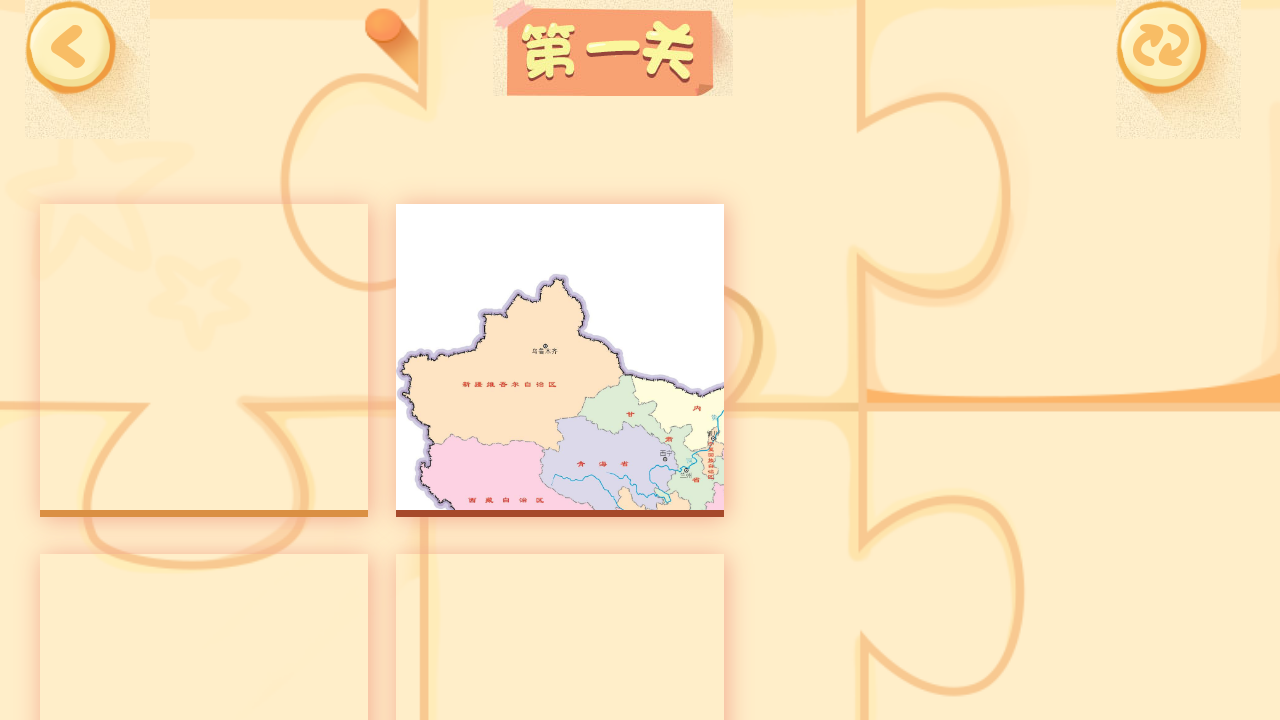
Repository: RedrockTeam/China-map-puzzle
Page: /#/choose/first
An editor plug-in stored every save of this project. The page is shown before and after the next save, followed by the edit.
The browser window is 1280 px wide. The pictures show the whole page.
Some web fonts or font styles are not loaded; a fallback is used. The project was rebuilt for these pictures with package versions that can differ from the ones it lists, and the page was loaded fresh each time. Also part of the build but not shown: vue.config.js, src/network/request.js, src/views/home.vue, src/views/choose.vue, src/views/pass.vue, src/components/dialog.vue. Imported but missing from the stored project, and not drawn on this page: src/views/rankList1, src/views/rankList2, src/views/rankList3, src/views/rankList4.

Above is the page before, as saved 2019-09-24 19:29:50.

### public/index.html
<!DOCTYPE html>
<html lang="en">

<head>
  <meta charset="utf-8">
  <meta http-equiv="X-UA-Compatible" content="IE=edge">
  <meta name="viewport" content="width=device-width,initial-scale=1.0">
  <link rel="icon" href="<%= BASE_URL %>favicon.ico">
  <title>puzzle-game</title>
</head>

<body>
  <noscript>
    <strong>We're sorry but my doesn't work properly without JavaScript enabled. Please enable it to continue.</strong>
  </noscript>
  <div id="app"></div>
  <!-- built files will be auto injected -->


 </body>
</html>

### src/main.js
import Vue from 'vue'
import App from './App.vue'
import router from './router'
import store from './store'
// import ApiService from './common/service/api'

import './assets/styles/common.css'
import './assets/font/font.css'

// Vue.config.productionTip = false

// ApiService.init()

new Vue({
  router,
  store,
  render: h => h(App)
}).$mount('#app')

### src/App.vue
<template>
  <div>
    <router-view></router-view>
  </div>
</template>

<script>
export default {
  name: 'App',
  data() {
    return {};
  }
};
</script>
<style>
</style>

### src/router/index.js
import Vue from 'vue'
import Router from 'vue-router'
import Home from '../views/home.vue'
import Choose from '../views/choose.vue'
import Result from '../views/result.vue'
import Pass from '../views/pass.vue'
import Button from '../components/dialog.vue'
import First from '../views/first.vue'


Vue.use(Router)

export default new Router({
  routes: [{
    path: '/',
    redirect: '/home'
  },
  {
    path: '/home',
    name: 'home',
    component: Home,
  },
  {
    path: '/pass',
    name: 'pass',
    component: Pass,
  },
  {
    path: '/result',
    name: 'result',
    component: Result,
  },
  {
    path: '/button',
    name: 'button',
    component: Button,
  },
  {
    path: '/choose',
    name: 'choose',
    component: First,
    children: [{
      path: 'first',
      name: 'first',
      component: () => import('../views/first.vue'),
      children: [{
        path: 'rank',
        name: 'rankList1',
        component: () => import('../views/rankList1')
      }

      ]
    },
    {
      path: 'second',
      name: 'second',
      component: () => import('../views/second.vue'),
      children: [{
        path: 'rank',
        name: 'rankList2',
        component: () => import('../views/rankList2')
      }

      ]
    },
    {
      path: 'third',
      name: 'third',
      component: () => import('../views/third.vue'),
      children: [{
        path: 'rank',
        name: 'rankList3',
        component: () => import('../views/rankList3')
      }

      ]
    },
    {
      path: 'forth',
      name: 'forth',
      component: () => import('../views/forth.vue'),
      children: [{
        path: 'rank',
        name: 'rankList4',
        component: () => import('../views/rankList4')
      }

      ]
    }
    ]

  }
  ]


})

### src/store/index.js
import Vue from 'vue'
import Vuex from 'vuex'
import {
  isContext
} from 'vm';

Vue.use(Vuex)

export default new Vuex.Store({
  state: {
    time: {
      minute: 0,
      second: 0,
      millisecond: 0,
      timecount: '00:00:00',
    },
  },
  mutations: {
    //开始
    start() {
      var that = this;
      //停止（暂停）
      clearInterval(time);
      //时间重置
      that.setData({
        minute: 0,
        second: 0,
        millisecond: 0,
      })
      time = setInterval(function () {
        that.timer()
      }, 50);
      time = () => {
        that.timer()
      }
    },
    //停止
    stop() {
      var that = this
      clearInterval(intt);
      that.setData({
        minute: 0,
        second: 0,
        millisecond: 0,
        timecount: '00:00:00',
      })
    },
    timer() {
      var that = this;
      console.log(that.data.millisecond)
      that.setData({
        millisecond: that.data.millisecond + 5
      })
      if (that.data.millisecond >= 100) {
        that.setData({
          millisecond: 0,
          second: that.data.second + 1
        })
      }
      if (that.data.second >= 60) {
        that.setData({
          second: 0,
          minute: that.data.minute + 1
        })
      }
      that.setData({
        timecount: that.data.minute + ":" + that.data.second + ":" + that.data.millisecond
      })
    },
  },
  actions: {
    // time = setInterval(function () {
    //   context.commit('time')
    // }, 50)
  }
})

### src/assets/styles/common.css
/* global */
* {
    margin: 0;
    padding: 0;
}

html {
    overflow-y: scroll;
    overflow-x: hidden;

}

html,
body {
    width: 100%;
}

a {
    text-decoration: none;
    text-align: center;
    cursor: pointer;
    color: black;
    outline: none;
}

a:hover {
    text-decoration: underline;
}

ul,
ol {
    list-style: none;
}

.clear {
    clear: both;
}

### src/assets/font/font.css
@font-face {
    font-family: "Tanuki";
    font-weight: normal;
    font-style: normal;
    src: url('./Tanuki.ttf') format('truetype');
}

@font-face {
    font-family: "Cotton";
    font-weight: normal;
    font-style: normal;
    src: url('./cotton.ttf') format('truetype');
}

### src/views/result.vue
<template>
  <div class="bg">
    <div class="head">
      <div class="back"></div>
      <div class="title"></div>
      <div class="front"></div>
    </div>

    <div class="contain">
      <div class="score">
        <div>
          <p>
            <span class="clock"></span>
            <span class="word">我的时间：</span>
          </p>
          <p>
            <i class="grade"></i>
            <span class="word">我的成绩：</span>
          </p>
        </div>
      </div>
      <div class="list">
        <p class="list_item first">
          <span class="icon"></span>
          <span class="nickname">这是我的昵称</span>
          <span class="time">10s</span>
        </p>
        <p class="list_item second">
          <span class="icon"></span>
          <span class="nickname">这是我的昵称</span>
          <span class="time">10s</span>
        </p>
        <p class="list_item third">
          <span class="icon"></span>
          <span class="nickname">这是我的昵称</span>
          <span class="time">10s</span>
        </p>
        <p class="list_item">
          <span class="normal">4</span>
          <span class="nickname">这是我的昵称</span>
          <span class="time">10s</span>
        </p>
        <p class="list_item">
          <span class="normal">4</span>
          <span class="nickname">这是我的昵称</span>
          <span class="time">10s</span>
        </p>
      </div>
    </div>
    <div class="line"></div>
  </div>
</template>

<style>
.bg {
  position: absolute;
  top: 0;
  left: 0;
  height: 100%;
  width: 100%;
  background: url("../assets/img/pass/background.png");
  background-size: cover;
}
.head {
  display: flex;
  margin-top: 60px;
  margin-left: 50px;
}

.back {
  background: url("../assets/img/ranking/back.png");
  width: 93px;
  height: 97px;
  background-size: cover;
  margin-right: 120px;
}
.title {
  background: url("../assets/img/ranking/ranking_title.png") no-repeat;
  width: 260px;
  height: 200px;
  background-size: 100%;
  margin-left: -40px;
}
.front {
  background: url("../assets/img/ranking/front.png");
  width: 93px;
  height: 97px;
  background-size: cover;
  margin-left: 80px;
}

.contain {
  width: 650px;
  height: 850px;
  background: #ffae72;
  margin: -15px auto 0;
}

.score {
  width: 617px;
  height: 206px;
  background: url("../assets/img/ranking/result.png");
  background-size: cover;
  padding-top: 40px;
}
.score div {
  margin-top: 20px;
  margin-left: 20px;
}

.word {
  letter-spacing: 5px;
}

.score p {
  color: #ffae72;
  font-weight: bold;
  font-size: 35px;
  padding-top: 20px;
  margin: 0 auto;
  width: 250px;
  margin-left: 50px;
  margin-top: 10px;
}

.clock,
.grade {
  width: 29px;
  height: 29px;
  display: inline-block;
  margin-right: 10px;
}
.clock {
  background: url("../assets/img/ranking/clock.png") no-repeat;
  background-size: cover;
}
.grade {
  background: url("../assets/img/ranking/list.png") no-repeat;
  background-size: cover;
}
.list {
  height: 520px;
  overflow: auto;
  margin-top: 20px;
}
::-webkit-scrollbar {
  display: none;
}
.list_item {
  background: url("../assets/img/ranking/box.png");
  width: 580px;
  height: 125px;
  background-size: cover;
  margin-left: 50px;
  display: flex;
}
.icon {
  display: inline-block;
  width: 81px;
  height: 82px;
  margin: 15px 35px;
}
.first .icon {
  background: url("../assets/img/ranking/first.png");
  background-size: cover;
}
.second .icon {
  background: url("../assets/img/ranking/second.png");
  background-size: cover;
}
.third .icon {
  background: url("../assets/img/ranking/third.png");
  background-size: cover;
}
.nickname {
  color: #ffae72;
  font-size: 35px;
  font-weight: bold;
  display: inline-block;
  margin-top: 30px;
  font-family: Tanuki;
}
.time,
.normal {
  margin-left: auto;
  margin-right: 80px;
  font-weight: bold;
  display: inline-block;
  margin-top: 20px;
  color: #ff7b5c;
  font-size: 50px;
}

.line {
  width: 570px;
  height: 36px;
  background: url("../assets/img/ranking/line.png");
  background-size: cover;
  margin-left: 100px;
  margin-top: -50px;
}
</style>

<script>
export default {};
</script>

### src/views/first.vue
<template>
  <div class="game">
    <div class="header">
      <div class="back_shadow">
        <div class="back" @click="toHome"></div>
      </div>
      <div class="title">
        <img src="../assets/img/game/one.png" />
      </div>
      <div class="refresh_shadow">
        <div class="refresh"></div>
      </div>
    </div>
    <div class="main">
      <div class="piece chosen first"></div>
      <div class="piece second"></div>
      <div class="piece third"></div>
      <div class="piece four"></div>
    </div>
    <div class="showpic_shadow">
      <div class="showpic" @click="showPic">长按可看3s原图</div>
    </div>
  </div>
</template>

<script>
// 因为图还没出来，先把first的内容写在这
export default {};
</script>
<style lang="scss" scoped>
.game {
  position: absolute;
  top: 0;
  left: 0;
  height: 100%;
  width: 100%;
  background: url("../assets/img/pass/background.png");
  background-size: cover;
  overflow: hidden;
  .header {
    width: 95%;
    height: 140px;
    margin: 0 auto 24px 25px;
    display: inline-flex;
    justify-content: space-between;
    .back_shadow {
      width: 125px;
      height: 139px;
      background-image: url("../assets/img/common/btn_sbg.jpg");
      background-repeat: no-repeat;
      background-position: 0% 0%;
      background-size: contain;
      .back {
        width: 92px;
        height: 95px;
        background-image: url("../assets/img/common/back.png");
        background-repeat: no-repeat;
        background-position: 0% 0%;
        background-size: contain;
      }
    }
    .title {
      width: 240px;
      height: 96px;
      background-image: url("../assets/img/game/title_bg.jpg");
      background-repeat: no-repeat;
      background-position: 0% 0%;
      background-size: contain;

      display: flex;
      justify-content: center;
      align-items: center;
      img {
        width: 54px;
        height: 17px;
      }
    }
    .refresh_shadow {
      width: 125px;
      height: 139px;
      background-image: url("../assets/img/common/btn_sbg.jpg");
      background-repeat: no-repeat;
      background-position: 0% 0%;
      background-size: contain;
      .refresh {
        width: 92px;
        height: 95px;
        background-image: url("../assets/img/common/refresh.png");
        background-repeat: no-repeat;
        background-position: 0% 0%;
        background-size: contain;
      }
    }
  }
  .main {
    width: 750px;
    height: 700px;

    padding: 26px;
    display: flex;
    flex-wrap: wrap;
    .piece {
      width: 328px;
      height: 306px;
      box-shadow: 2px 2px 24px #f3a98f;
      margin: 14px 14px 0 14px;
      border-bottom: 7px solid #a6492b;
    }

    .second {
      background-position-x: 328px;
      background: url("../assets/img/button/map.jpg");
      background-size: 200%;
    }
    .chosen {
      border-bottom: 7px solid #da8f43;
    }
  }
  .showpic_shadow {
    width: 560px;
    height: 173px;
    margin: 60px auto auto 154px;
    background-image: url("../assets/img/game/showpic_sbg.jpg");
    background-repeat: no-repeat;
    background-position: 0% 0%;
    background-size: contain;

    .showpic {
      width: 458px;
      height: 107px;
      background-image: url("../assets/img/game/showpic_bg.png");
      background-repeat: no-repeat;
      background-position: 0% 0%;
      background-size: contain;
      text-align: center;
      line-height: 107px;
      font-family: "Cotton";
      font-size: 50px;
      color: #fffcad;
    }
  }
}
</style>

After the next save:
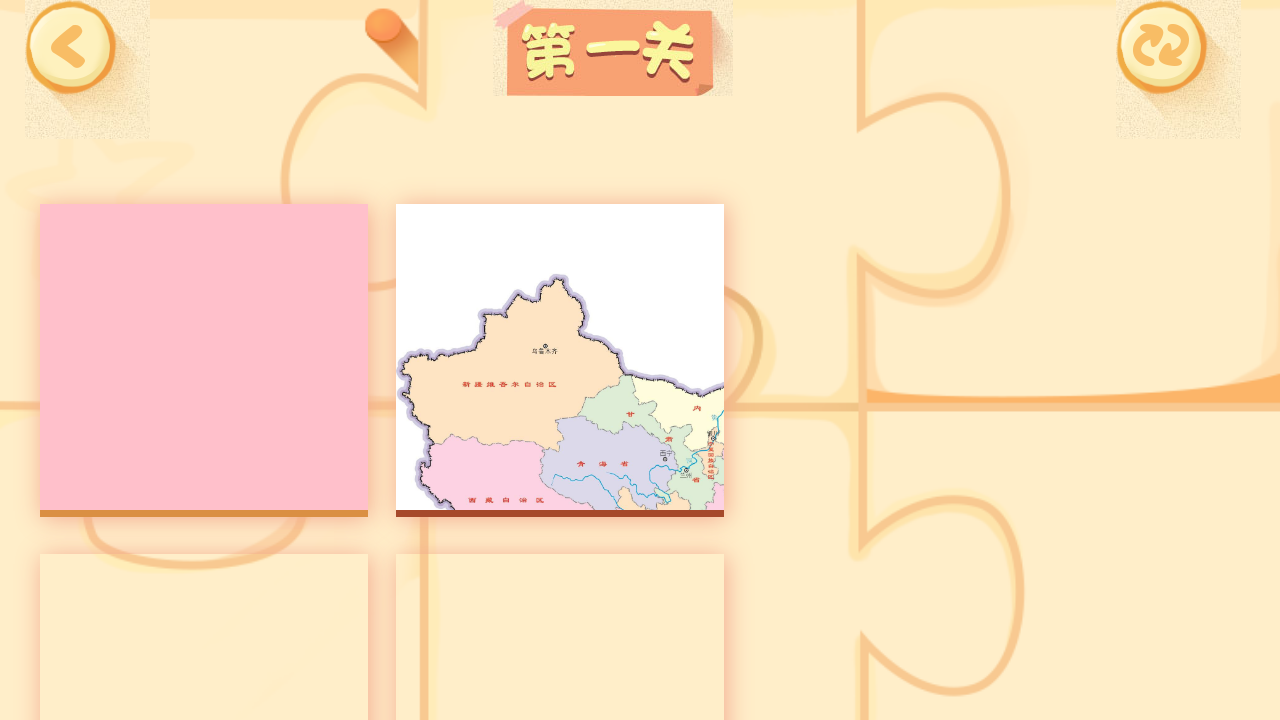
Saved 17 s later.
--- a/src/views/first.vue
+++ b/src/views/first.vue
@@ -106,6 +106,12 @@ export default {};
       margin: 14px 14px 0 14px;
       border-bottom: 7px solid #a6492b;
     }
+    .first {
+      // background: url("../assets/img/button/map.jpg");
+      background: pink;
+      background-size: 100%;
+      background-position: -200px;
+    }
 
     .second {
       background-position-x: 328px;
